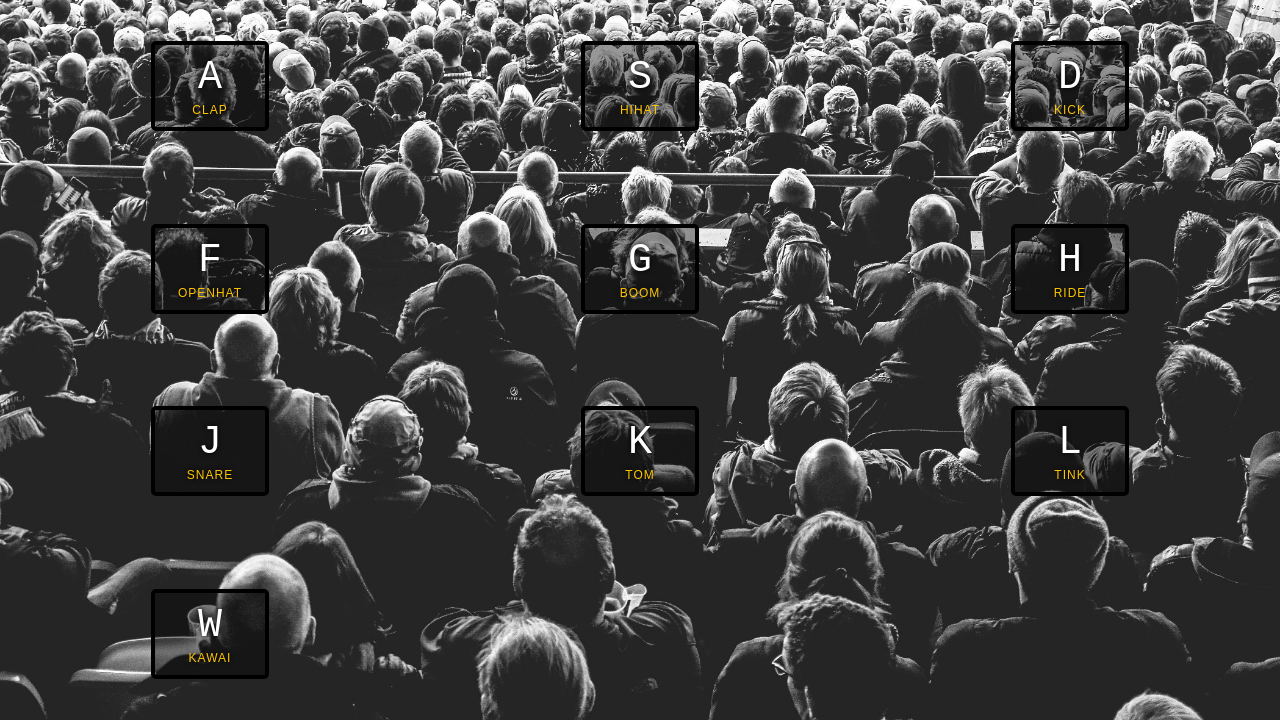
Repository: Freezler/drumkitJS
Page: index-START.html
An editor plug-in stored every save of this project. The page is shown before and after the next save, followed by the edit.
The browser window is 1280 px wide. The pictures show the whole page.

Above is the page before, as saved 2024-08-23 00:02:23.

### index-START.html
<!DOCTYPE html>
<html lang="en">
<head>
  <meta charset="UTF-8">
  <title>JS Drum Kit</title>
  <link rel="stylesheet" href="style.css">
  <link rel="icon" href="https://fav.farm/🔥" />
</head>
<body>


  <div class="keys">
    <div data-key="65" class="key">
      <kbd>A</kbd>
      <span class="sound">clap</span>
    </div>
    <div data-key="83" class="key">
      <kbd>S</kbd>
      <span class="sound">hihat</span>
    </div>
    <div data-key="68" class="key">
      <kbd>D</kbd>
      <span class="sound">kick</span>
    </div>
    <div data-key="70" class="key">
      <kbd>F</kbd>
      <span class="sound">openhat</span>
    </div>
    <div data-key="71" class="key">
      <kbd>G</kbd>
      <span class="sound">boom</span>
    </div>
    <div data-key="72" class="key">
      <kbd>H</kbd>
      <span class="sound">ride</span>
    </div>
    <div data-key="74" class="key">
      <kbd>J</kbd>
      <span class="sound">snare</span>
    </div>
    <div data-key="75" class="key">
      <kbd>K</kbd>
      <span class="sound">tom</span>
    </div>
    <div data-key="76" class="key">
      <kbd>L</kbd>
      <span class="sound">tink</span>
    </div>
    <div data-key="87" class="key">
      <kbd>W</kbd>
      <span class="sound">kawai</span>
    </div>
  </div>

  <audio data-key="65" src="sounds/clap.wav"></audio>
  <audio data-key="83" src="sounds/hihat.wav"></audio>
  <audio data-key="68" src="sounds/kick.wav"></audio>
  <audio data-key="70" src="sounds/openhat.wav"></audio>
  <audio data-key="71" src="sounds/boom.wav"></audio>
  <audio data-key="72" src="sounds/ride.wav"></audio>
  <audio data-key="74" src="sounds/snare.wav"></audio>
  <audio data-key="75" src="sounds/tom.wav"></audio>
  <audio data-key="76" src="sounds/tink.wav"></audio>
  <audio data-key="87" src="sounds/kawai.wav"></audio>


<script>

window.addEventListener('keydown', function(e){
  const audio = document.querySelector(`audio[data-key="${e.keyCode}"]`);
  const key = document.querySelector(`.key[data-key="${e.keyCode}"]`);
  key.classList.add('playing');
  if(!audio) return;
  audio.currentTime = 0;
  audio.play();

  function removeTransition(e) {
    if(e.propertyName !== 'transform') return;
    this.classList.remove('playing');
  }
  const keys = document.querySelectorAll('.key');
  keys.forEach(key => key.addEventListener('transitionend', removeTransition));

});
</script>


</body>
</html>

### style.css
html {
  font-size: 10px;
  background: url('./background.jpg') bottom center;
  background-size: cover;
  background-repeat: no-repeat;
  height: 100vh;
}

body,html {
  margin: 0;
  padding: 0;
  font-family: sans-serif;
}

.keys {
  display: grid;
  grid-template-columns: repeat(3, 1fr);
  grid-gap: 1rem;
  min-height: 100vh;
  place-items: center;
  align-items: center;
  justify-content: center;
  margin: 0 auto;
}

.key {
  border: .4rem solid black;
  border-radius: .5rem;
  margin: 1rem;
  font-size: 1.5rem;
  padding: 1rem .5rem;
  transition: all .07s ease;
  width: 10rem;
  text-align: center;
  color: white;
  background: rgba(0,0,0,0.4);
  text-shadow: 0 0 .5rem black;
}

.playing {
  transform: scale(1.1);
  border-color: #ffc600;
  box-shadow: 0 0 1rem #ffc600;
}

kbd {
  display: block;
  font-size: 4rem;
}

.sound {
  font-size: 1.2rem;
  text-transform: uppercase;
  letter-spacing: .1rem;
  color: #ffc600;
}

After the next save:
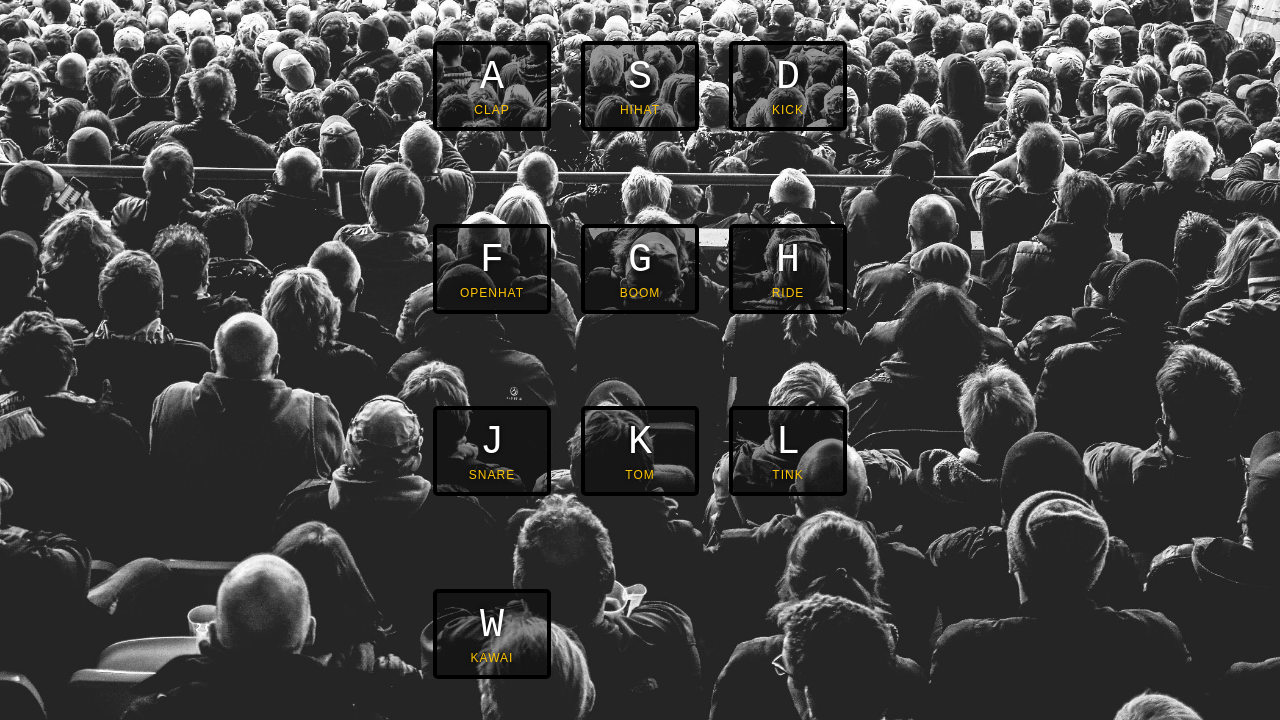
Saved 9 s later.
--- a/style.css
+++ b/style.css
@@ -20,7 +20,7 @@ body,html {
   place-items: center;
   align-items: center;
   justify-content: center;
-  margin: 0 auto;
+  place-self: center;
 }
 
 .key {
